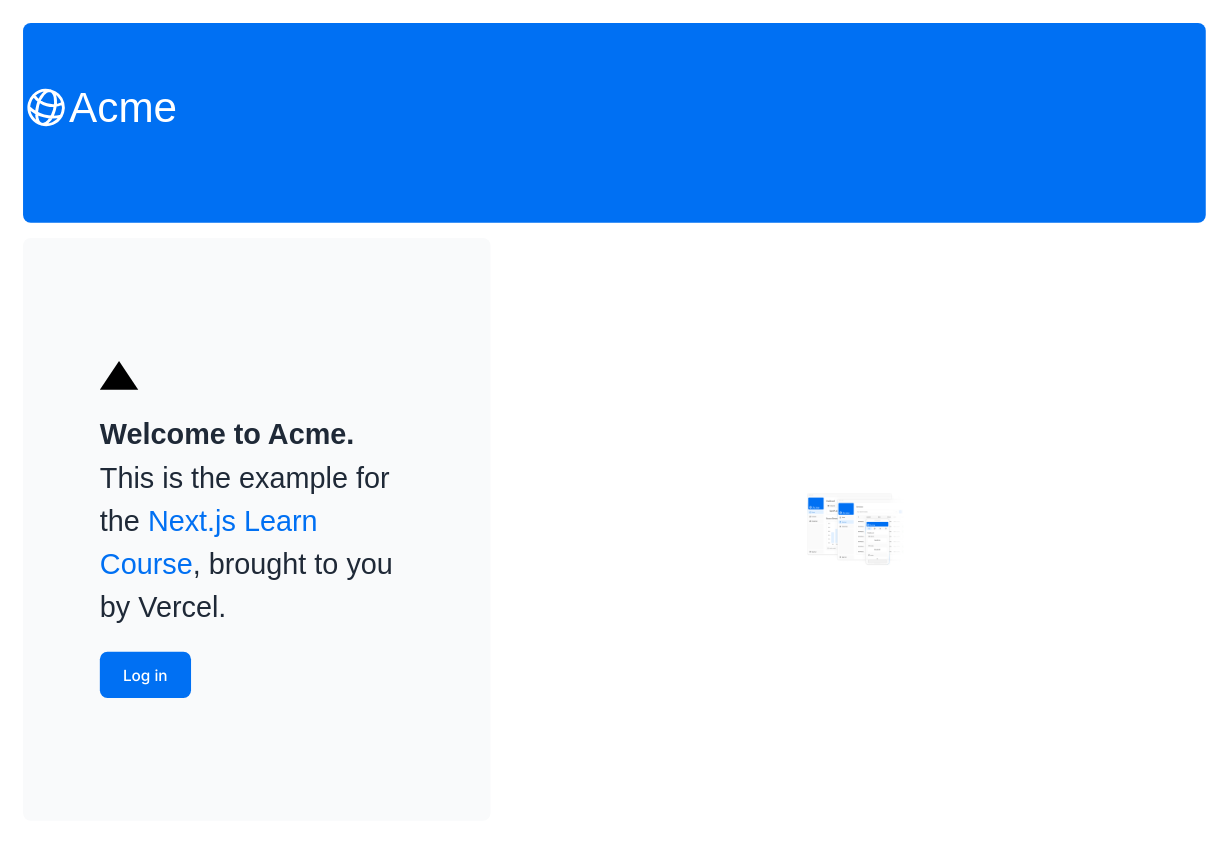
Repository: limaneto/invoices
Page: /
The author's editor kept a copy of each file at every save. The page is drawn from the files as they stood at one save, then again after the next save.
The browser window is 1280 px wide. The pictures show the whole page, at 96% of full size.
Some web fonts or font styles are not loaded; a fallback is used. The project was rebuilt for these pictures with package versions that can differ from the ones it lists, and the page was loaded fresh each time. The framework's server and built-in components were replaced by stand-ins that run in the browser. Also part of the build but not shown: next.config.js.

Above is the page before, as saved 2023-11-02 15:35:58.

After the next save:
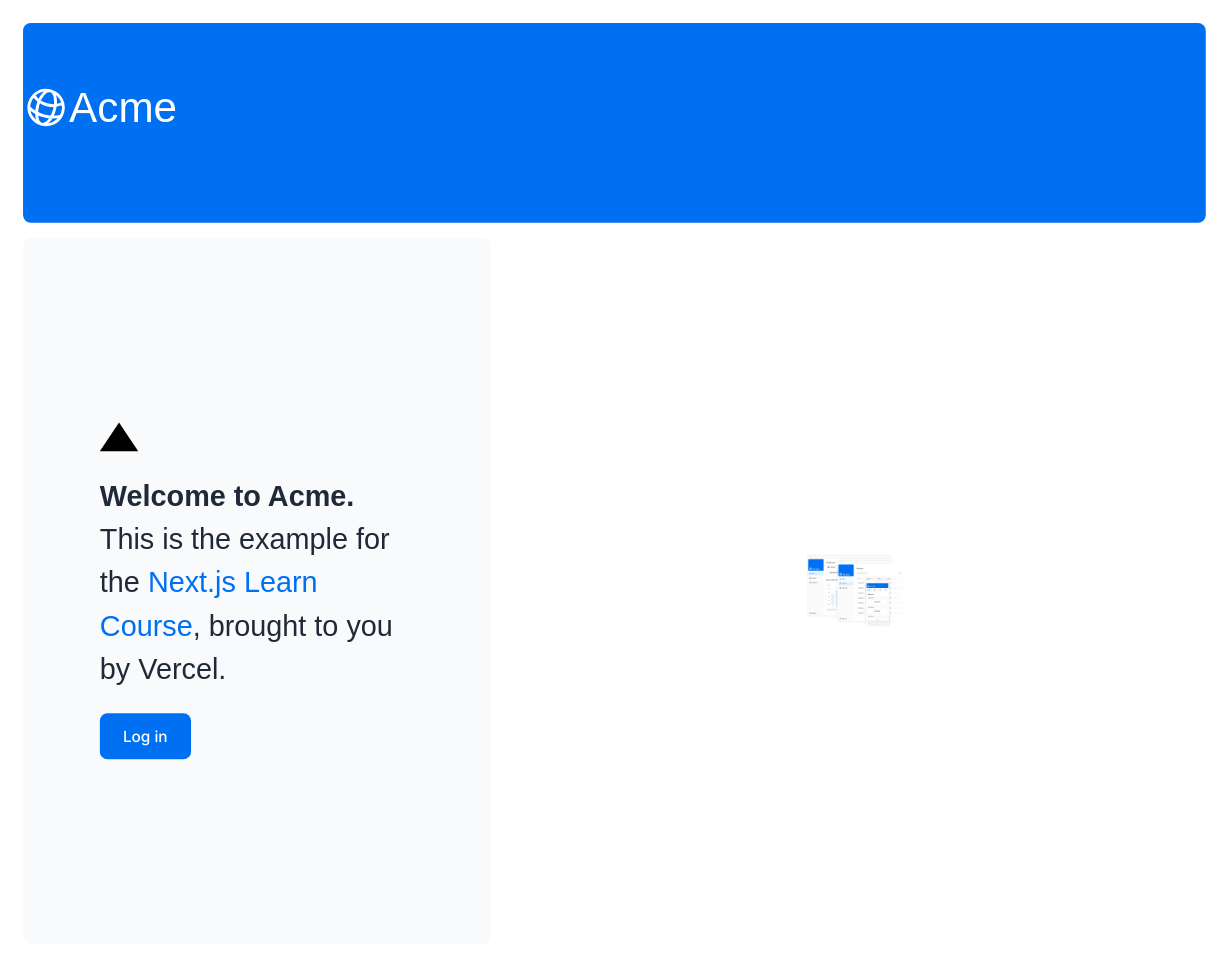
Saved 11 s later.
--- a/app/page.tsx
+++ b/app/page.tsx
@@ -10,7 +10,7 @@
         <AcmeLogo />
       </div>
       <div className="mt-4 flex grow flex-col gap-4 md:flex-row">
-        <div className="flex flex-col justify-center gap-6 rounded-lg bg-gray-50 px-6 py-32 md:w-2/5 md:px-20">
+        <div className="flex flex-col justify-center gap-6 rounded-lg bg-gray-50 px-6 py-48 md:w-2/5 md:px-20">
         <div
   className="h-0 w-0 border-b-[30px] border-l-[20px] border-r-[20px] border-b-black border-l-transparent border-r-transparent"
 />
